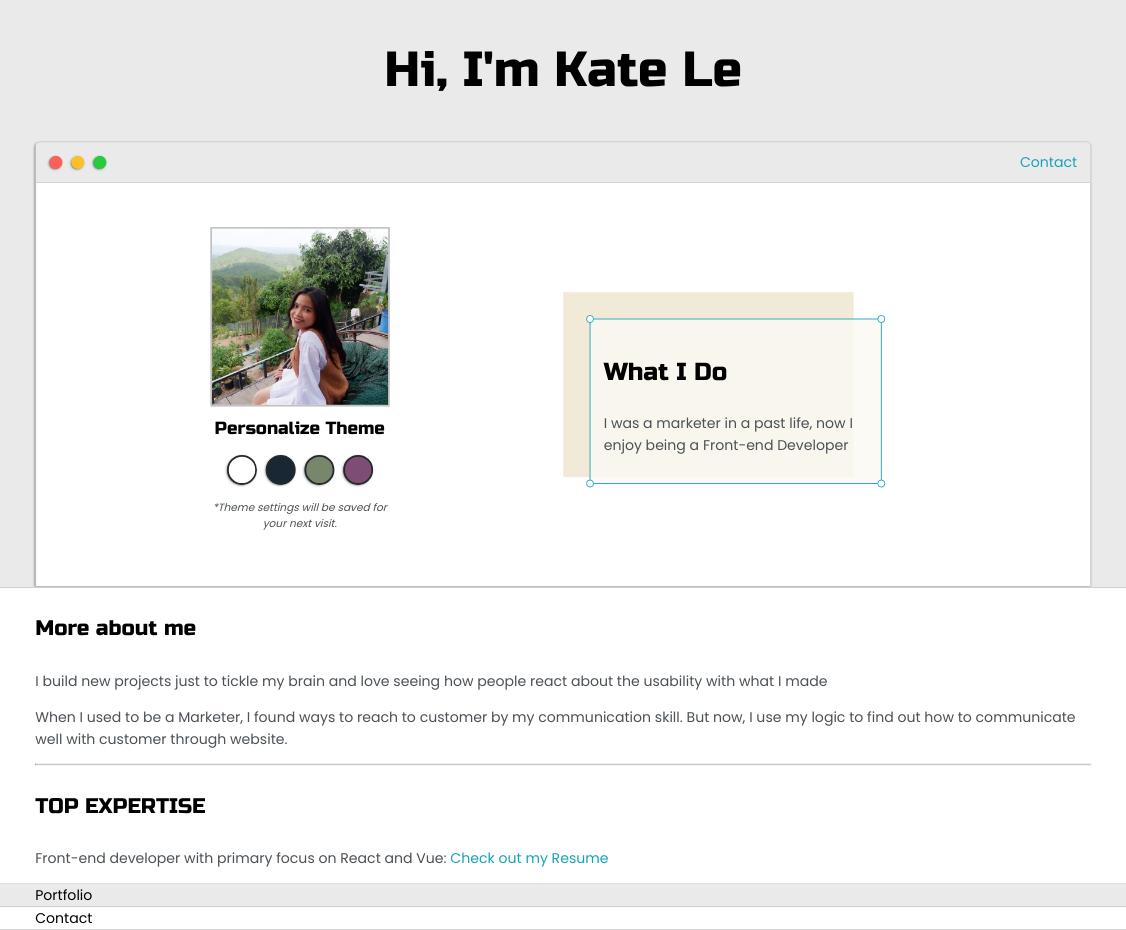
Repository: kate30980/my-persponal-website
Page: index.html
An editor plug-in stored every save of this project. The page is shown before and after the next save, followed by the edit.
The browser window is 1280 px wide. The pictures show the whole page, at 88% of full size.

Above is the page before, as saved 2021-08-26 21:57:39.

After the next save:
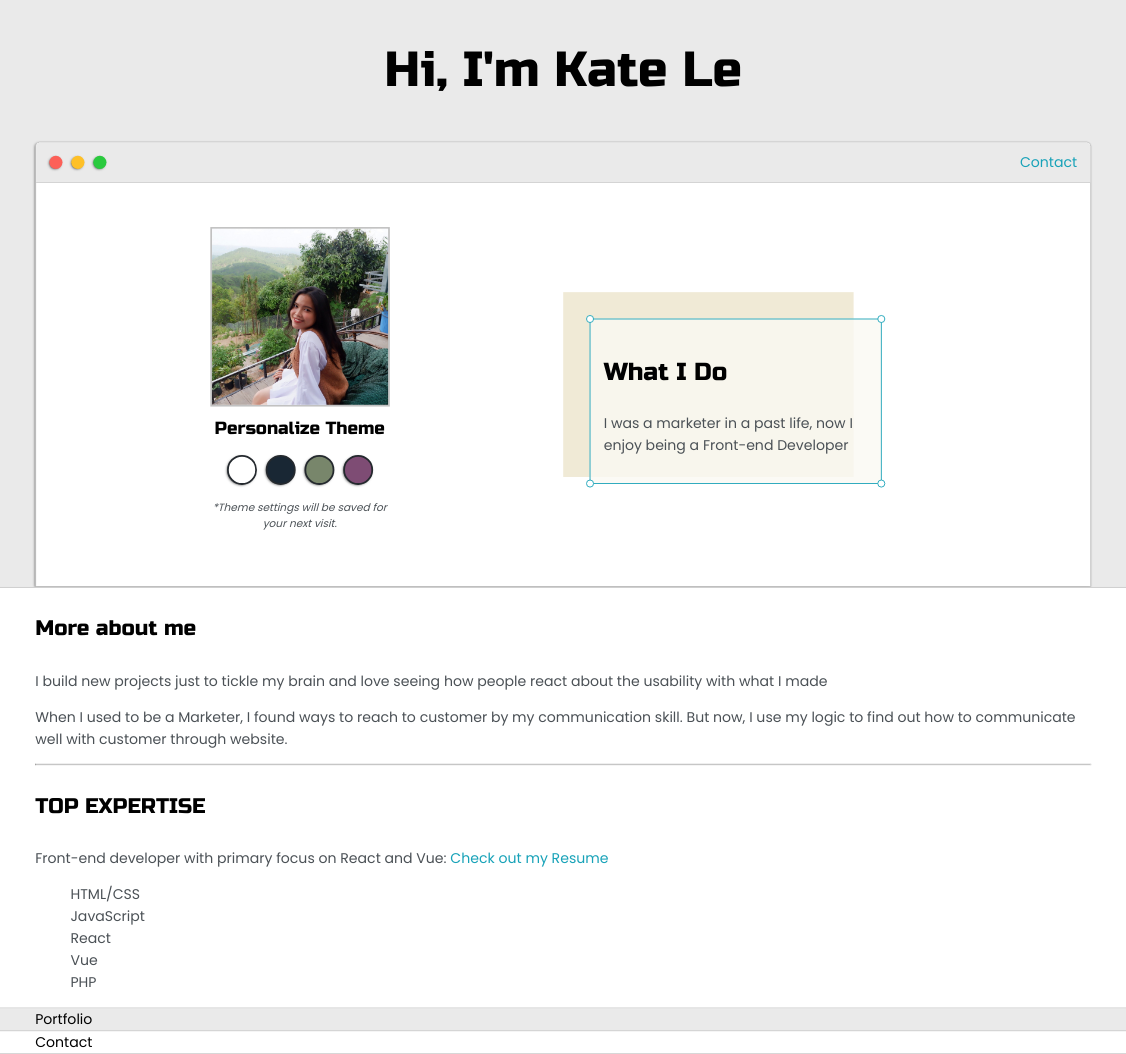
Saved 2 min 49 s later.
--- a/index.html
+++ b/index.html
@@ -85,6 +85,19 @@
                 <p>Front-end developer with primary focus on React and Vue: <a target="_blank"
                         href="CV-HAN-LE-FRONTEND-DEV.pdf">Check
                         out my Resume</a></p>
+
+                <div id="skills">
+                    <ul>
+                        <li>HTML/CSS</li>
+                        <li>JavaScript</li>
+                        <li>React</li>
+                        <li>Vue</li>
+                        <li>PHP</li>
+
+                    </ul>
+                </div>
+
+
                 <div class="social-links">
 
                 </div>
